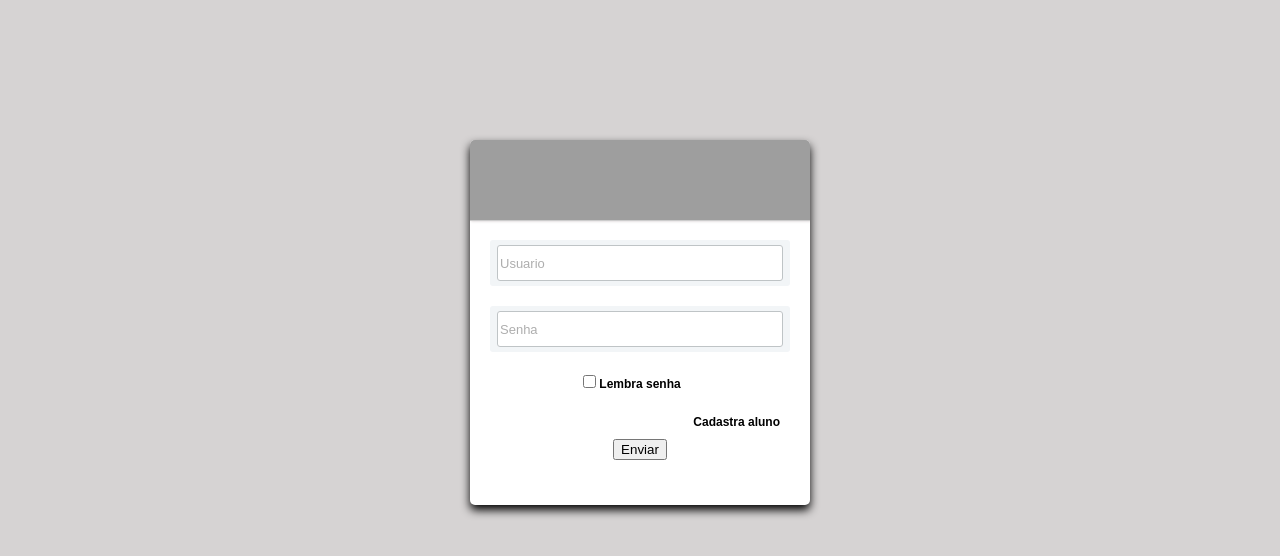
Repository: luisjonson/ProjetoWebAcademia
Page: http://localhost/RepositorioWebProject/Login.jsp
These files come from the project's save history. The page is drawn as it stood at one moment and after the next save; the edit follows.
The browser window is 1280 px wide. The pictures show the whole page.
Pictures or frames that could not be fetched are drawn as grey boxes. The page is served by Tomcat 9. Other server files are loaded and not shown.

Above is the page before, as saved 2017-04-10 02:06:02.

### Projeto_Web/RepositorioWebProject/WebContent/Login.jsp
<%@ page language="java" contentType="text/html; charset=utf-8"
	pageEncoding="ISO-8859-1"%>
<!DOCTYPE
 html PUBLIC "-//W3C//DTD HTML 4.01 Transitional//EN" "http://www.w3.org/TR/html4/loose.dtd">
<html>
<head>

</head>

<title>Login</title>

<style type="text/css" >

body {
	background-color: #D6D3D3;
}

#login-box {
	background-color: #ECECEC;
	width: 340px;
	height: 365px;
	margin: 140px auto 0px;
	border-radius: 5px;

}

#login-box-interno {
	width: 340px;
	height: 365px;
	background-color:white;
	position: absolute;
	border-radius: 5px;
	box-shadow: 0px 5px 10px black;
	overflow: hidden;
}

#login-box-label {
	background-color:#D6D3D3;
	height:80px;
	text-align:center;
    font:bold 12px/12px sans-serif;
    border-top-left-radius:5px;
    border-top-right-radius:5px;
    border-bottom:1px solid #cccccc;
    box-shadow:1px 0px 3px #ccc4c5;
}

#imagens{
	max-width: 800px;
}

.input-div{

	margin: 20px;
	padding: 5px;
   background-color:#f2f5f7;

	border-radius: 3px;
}

.input-div input{

	width: 280px;
	height: 32px;
	padding-left: 2px;
	font: normal 13px sans-serif;
	color: #aeaeae;
	border-radius: 3px;
	border: 1px solid #bfc4c6;
    outline:none;
}

.input-div:hover{
	background-color: #8C8C8A;
}

.input-div:hover input{
	border-color: #797B79
}
.input-senha{
  margin-top:-10px;
  }

  #botoes{
    width:300px;
    margin-left:10px;
  }

 /* #botao{
    float:right;
    background-color:;
    padding:5px 15px;
    font:bold 12px sans-serif;
    border-radius:20px;
    text-shadow:0px 1px 0px white;
    border:1px solid #9eb9c3;
  }
  */
  #CadastraAluno{
    font:bold 12px sans-serif;
     float:right;
     margin-left: right;
  }

</style>
<body>
	<div id="login-box">

		<div id="login-box-interno">

			<div id="login-box-label">

				<div id=imagens><img alt="Smart Fit" src="C:\Users\nano\workspace\ProjetoWebAcademia\Projeto_Web\RepositorioWebProject\WebContent\Imagem\Smart.png" width="340" height="80"/></div>

				<div class="input-div" id="input-usuario">
					<input type="text" value="Usuario">
				</div>

				<div class="input-div" id="input-senha">
					<input type="text" value="Senha">
				</div>

                <div id="botoes">

                  <div id="lembra-senha"><input type="checkbox"/>Lembra senha</div><br><br>
                  <div id="CadastraAluno">Cadastra aluno</div>
                  </div><br><br
                   <div id="botao" ><input type="submit" name="enviar" value="Enviar"></div>
              </div>
         </div>
	</div>




</body>
</html>

After the next save:
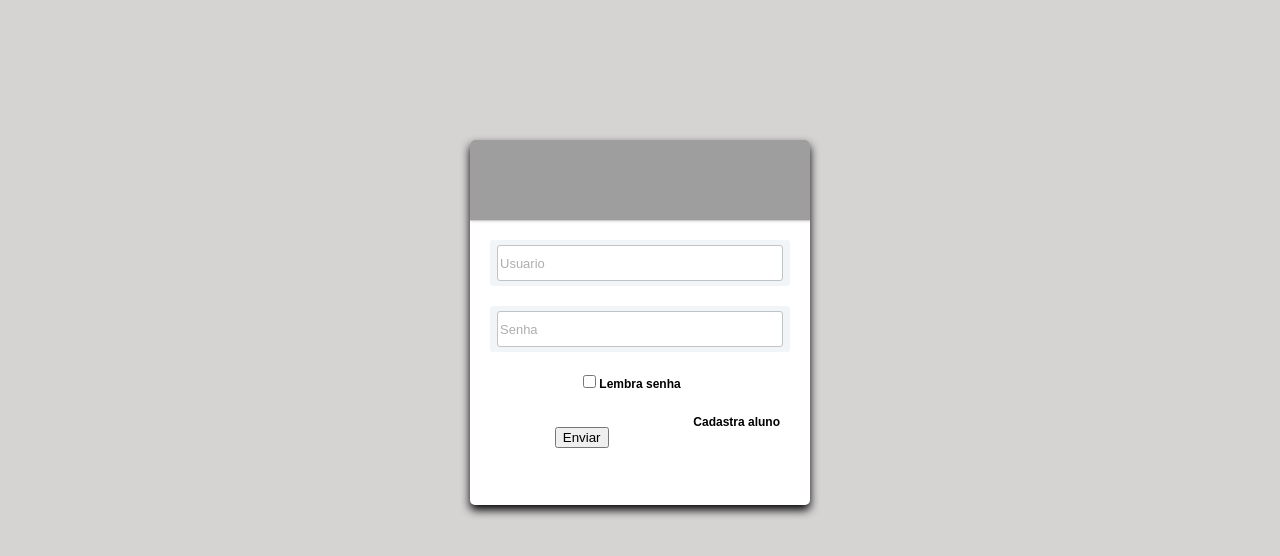
Saved 29 s later.
--- a/Projeto_Web/RepositorioWebProject/WebContent/Login.jsp
+++ b/Projeto_Web/RepositorioWebProject/WebContent/Login.jsp
@@ -124,7 +124,7 @@ body {
 
                   <div id="lembra-senha"><input type="checkbox"/>Lembra senha</div><br><br>
                   <div id="CadastraAluno">Cadastra aluno</div>
-                  </div><br><br
+                  </div><br>
                    <div id="botao" ><input type="submit" name="enviar" value="Enviar"></div>
               </div>
          </div>
